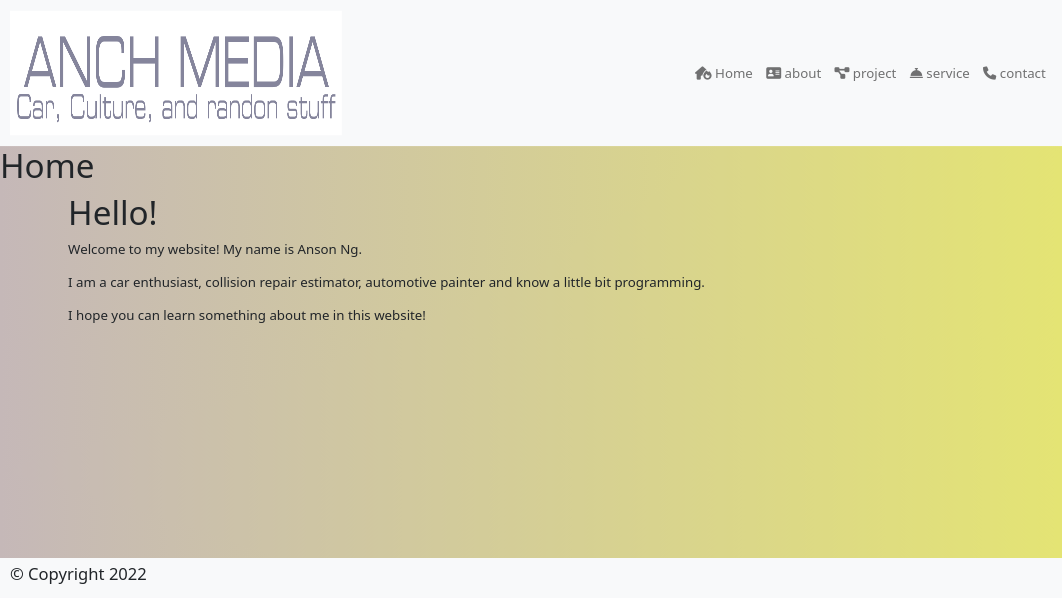
Repository: justhumanmaybe/assignment2
Page: http://localhost/
These files come from the project's save history. The page is drawn as it stood at one moment and after the next save; the edit follows.
The browser window is 1280 px wide. The pictures show the whole page, at 83% of full size.
The page is served by the project's Node server (server.js).

Above is the page before, as saved 2022-06-20 01:28:39.

After the next save:
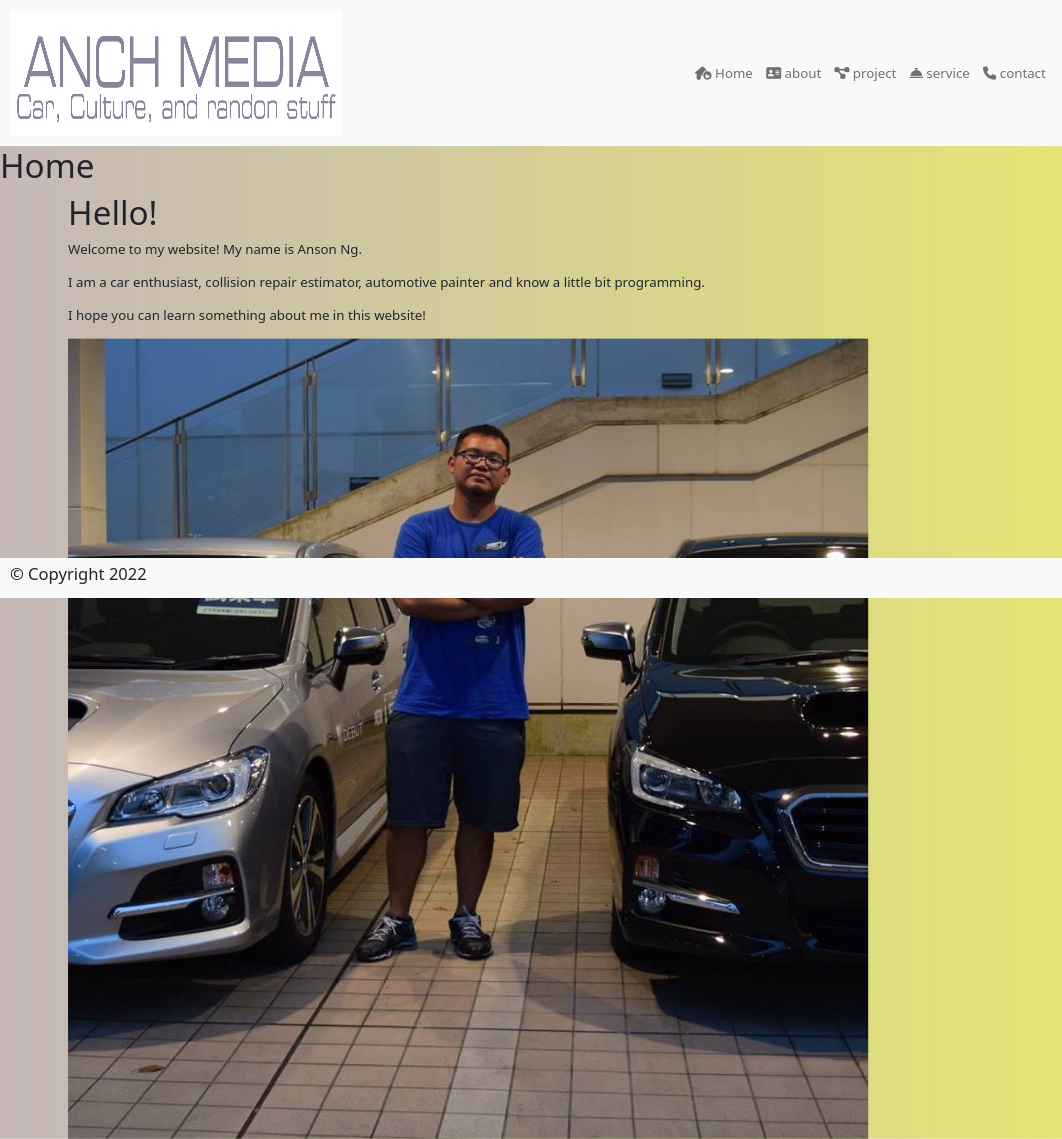
Saved 4 min 6 s later.
--- a/Server/Views/content/home.ejs
+++ b/Server/Views/content/home.ejs
@@ -3,5 +3,5 @@
     <p>Welcome to my website! My name is Anson Ng.</p>
     <p>I am a car enthusiast, collision repair estimator, automotive painter and know a little bit programming.</p>
     <p>I hope you can learn something about me in this website!</p>
-
+    <img src="./Assets/images/me.jpg">
 </div>
